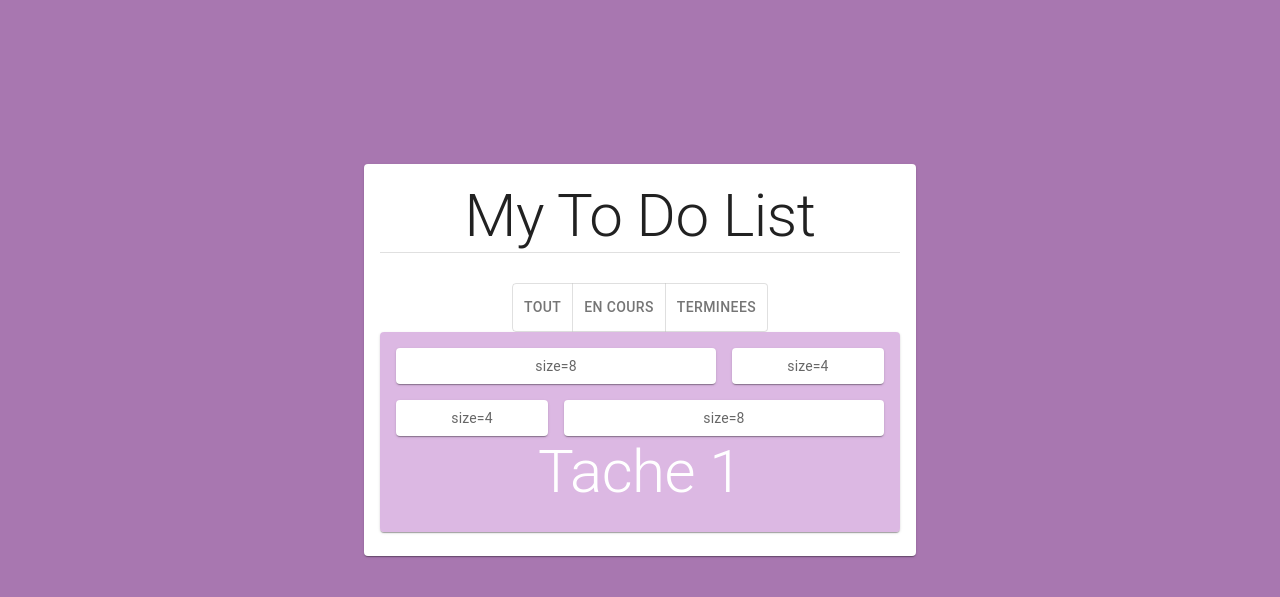
Repository: Fathiyasmine/Todo-list-project
Page: /
The author's editor kept a copy of each file at every save. The page is drawn from the files as they stood at one save, then again after the next save.
The browser window is 1280 px wide. The pictures show the whole page.
The project was rebuilt for these pictures with package versions that can differ from the ones it lists, and the page was loaded fresh each time.

Above is the page before, as saved 2025-12-07 17:11:40.

After the next save:
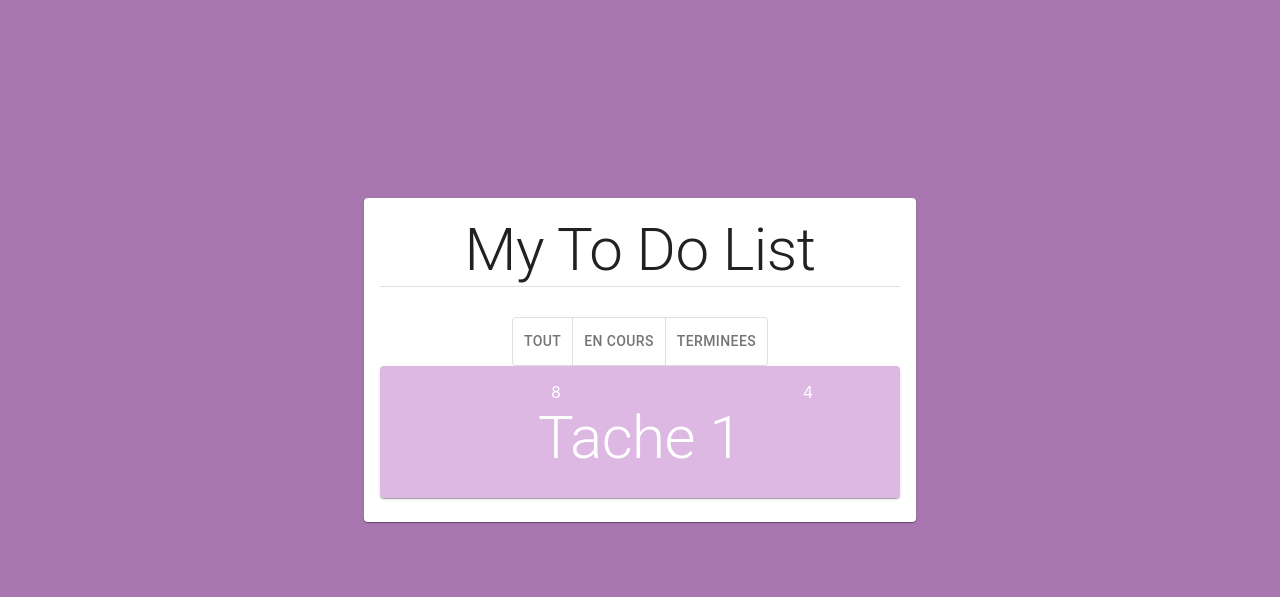
Saved 72 s later.
--- a/src/components/Todo.js
+++ b/src/components/Todo.js
@@ -2,37 +2,15 @@ import Card from "@mui/material/Card";
 import CardContent from "@mui/material/CardContent";
 import Typography from "@mui/material/Typography";
 import Grid from "@mui/material/Grid";
-import { styled } from "@mui/material/styles";
-import Paper from "@mui/material/Paper";
 
-const Item = styled(Paper)(({ theme }) => ({
-  backgroundColor: "#fff",
-  ...theme.typography.body2,
-  padding: theme.spacing(1),
-  textAlign: "center",
-  color: (theme.vars ?? theme).palette.text.secondary,
-  ...theme.applyStyles("dark", {
-    backgroundColor: "#1A2027",
-  }),
-}));
 export default function Todo() {
   return (
     <>
       <Card style={{ color: "white", background: "#c990d3a3" }}>
         <CardContent>
           <Grid container spacing={2}>
-            <Grid size={8}>
-              <Item>size=8</Item>
-            </Grid>
-            <Grid size={4}>
-              <Item>size=4</Item>
-            </Grid>
-            <Grid size={4}>
-              <Item>size=4</Item>
-            </Grid>
-            <Grid size={8}>
-              <Item>size=8</Item>
-            </Grid>
+            <Grid size={8}>8</Grid>
+            <Grid size={4}>4 </Grid>
           </Grid>
           <Typography variant="h2">Tache 1</Typography>
         </CardContent>
